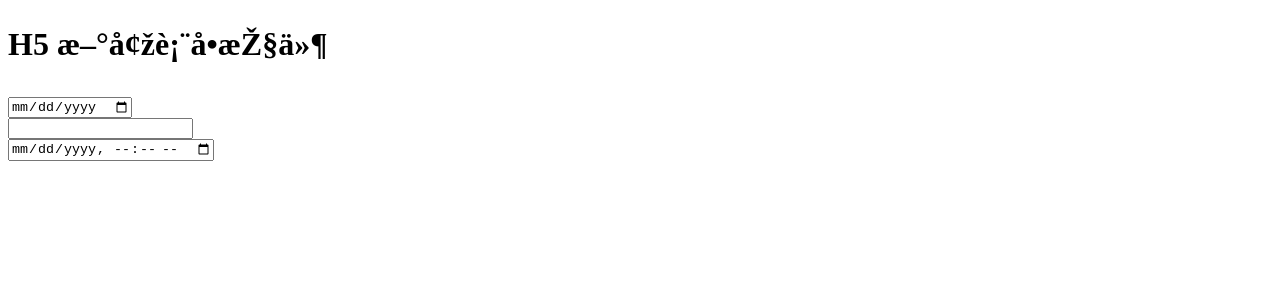
Repository: xiangyu-lin/Python_module
Page: demo/09-dateAndTime/9-7.html
These files come from the project's save history. The page is drawn as it stood at one moment and after the next save; the edit follows.
The browser window is 1280 px wide. The pictures show the whole page.

Above is the page before, as saved 2018-08-21 09:53:59.

### demo/09-dateAndTime/9-7.html
<!DOCTYPE html>
<html>
	<head>
		<meta charset="uft-8">
		<title>H5 新增表单控件</title>
	</head>
	<body>
		<h1>H5 新增表单控件</h1>
		<form action="doAction.php" method="post">
			<input type="date" name="datetime" id=""/><br>
			<!-- 浏览器不支持下面这个 -->
			<input type="datetime" name="datetime1" id=""><br>
			<input type="datetime-local" name= "datetime2" id=""><br>
		</form>
	</body>
</html>

After the next save:
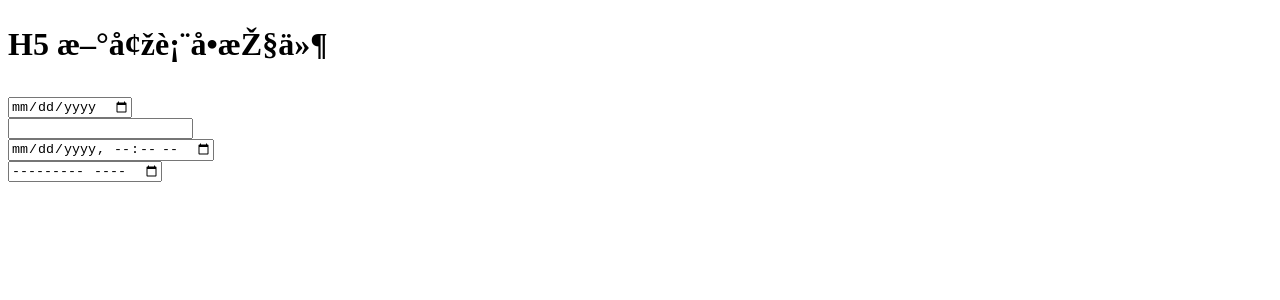
Saved 69 s later.
--- a/demo/09-dateAndTime/9-7.html
+++ b/demo/09-dateAndTime/9-7.html
@@ -10,7 +10,8 @@
 			<input type="date" name="datetime" id=""/><br>
 			<!-- 浏览器不支持下面这个 -->
 			<input type="datetime" name="datetime1" id=""><br>
-			<input type="datetime-local" name= "datetime2" id=""><br>
+			<input type="datetime-local" name="datetime2" id=""><br>
+			<input type="month" name="month" id=""><br>
 		</form>
 	</body>
 </html>
